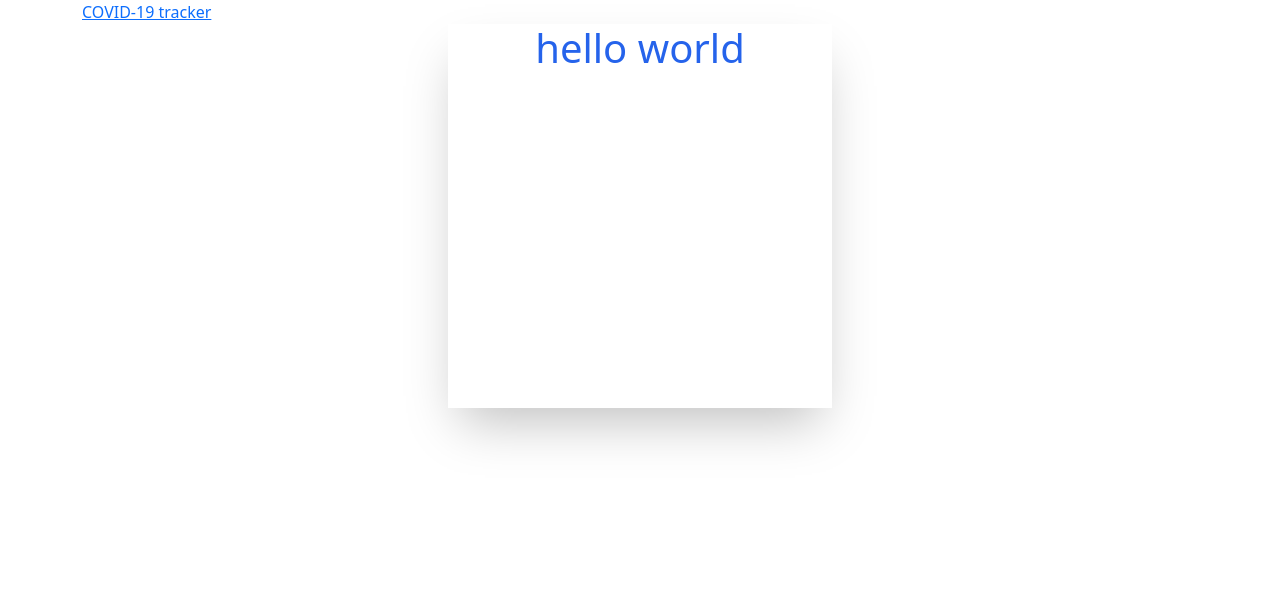
Repository: latenightsnacc/covid-19tracker
Page: design/index.html
These files come from the project's save history. The page is drawn as it stood at one moment and after the next save; the edit follows.
The browser window is 1280 px wide. The pictures show the whole page.
Some web libraries are served in a nearby version.

Above is the page before, as saved 2021-07-22 14:15:38.

### design/index.html
<!DOCTYPE html>
<html lang="en">
<head>
    <meta charset="UTF-8">
    <meta http-equiv="X-UA-Compatible" content="IE=edge">
    <meta name="viewport" content="width=device-width, initial-scale=1.0">
    <!--Tailwind Css-->
    <link href="https://unpkg.com/tailwindcss@^2/dist/tailwind.min.css" rel="stylesheet">
    <!--Bootstrap CSS-->
    <link href="https://cdn.jsdelivr.net/npm/bootstrap@5.0.0-beta3/dist/css/bootstrap.min.css" rel="stylesheet" integrity="sha384-eOJMYsd53ii+scO/bJGFsiCZc+5NDVN2yr8+0RDqr0Ql0h+rP48ckxlpbzKgwra6" crossorigin="anonymous">
    <!--Font Awesome 5 CDN-->
    <link href="https://cdnjs.cloudflare.com/ajax/libs/font-awesome/5.13.0/css/all.min.css" rel="stylesheet">
    <title>COVID-19 Tracker</title>
</head>
<body>
    <main>
        <!--Navigation Component-->
        <nav class="container">
            <a href="index.html">
                <div>COVID-19 tracker</div>
            </a>
        </nav>
        <div class="w-96 m-auto shadow-2xl bg-white h-96 text-center">
            <h1 class="text-blue-600">hello world</h1>
        </div>
    </main>
</body>
</html>

After the next save:
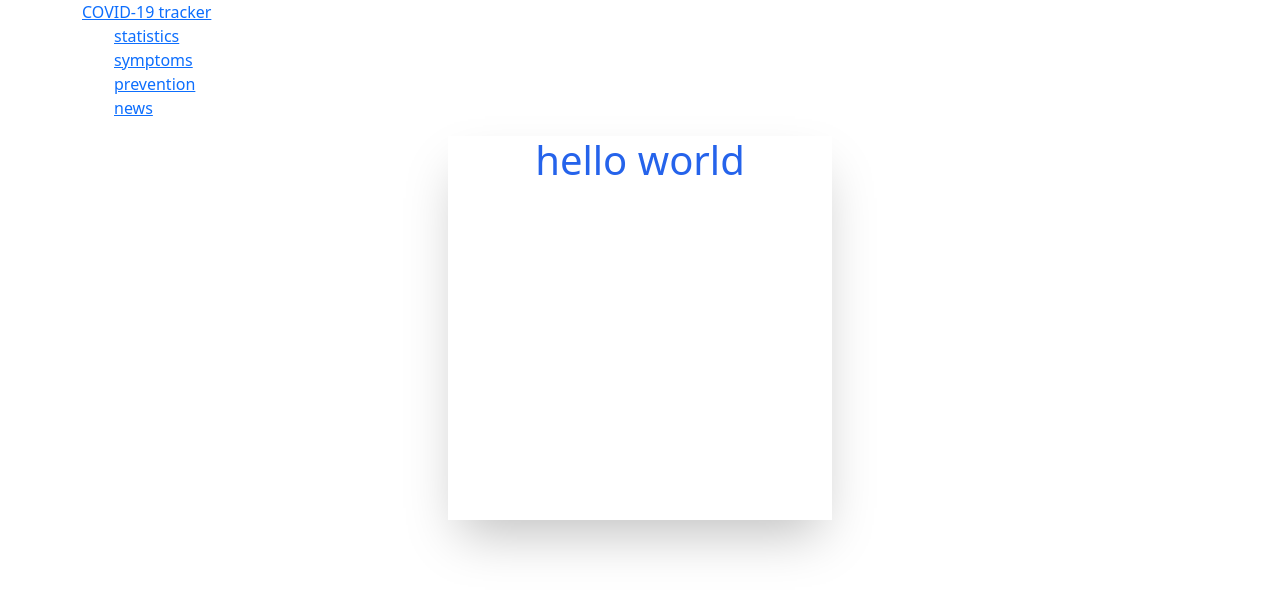
Saved 4 min 46 s later.
--- a/design/index.html
+++ b/design/index.html
@@ -19,6 +19,20 @@
             <a href="index.html">
                 <div>COVID-19 tracker</div>
             </a>
+            <ul>
+                <li>
+                    <a href="">statistics</a>
+                </li>
+                <li>
+                    <a href="">symptoms</a>
+                </li>
+                <li>
+                    <a href="">prevention</a>
+                </li>
+                <li>
+                    <a href="">news</a>
+                </li>
+            </ul>
         </nav>
         <div class="w-96 m-auto shadow-2xl bg-white h-96 text-center">
             <h1 class="text-blue-600">hello world</h1>
